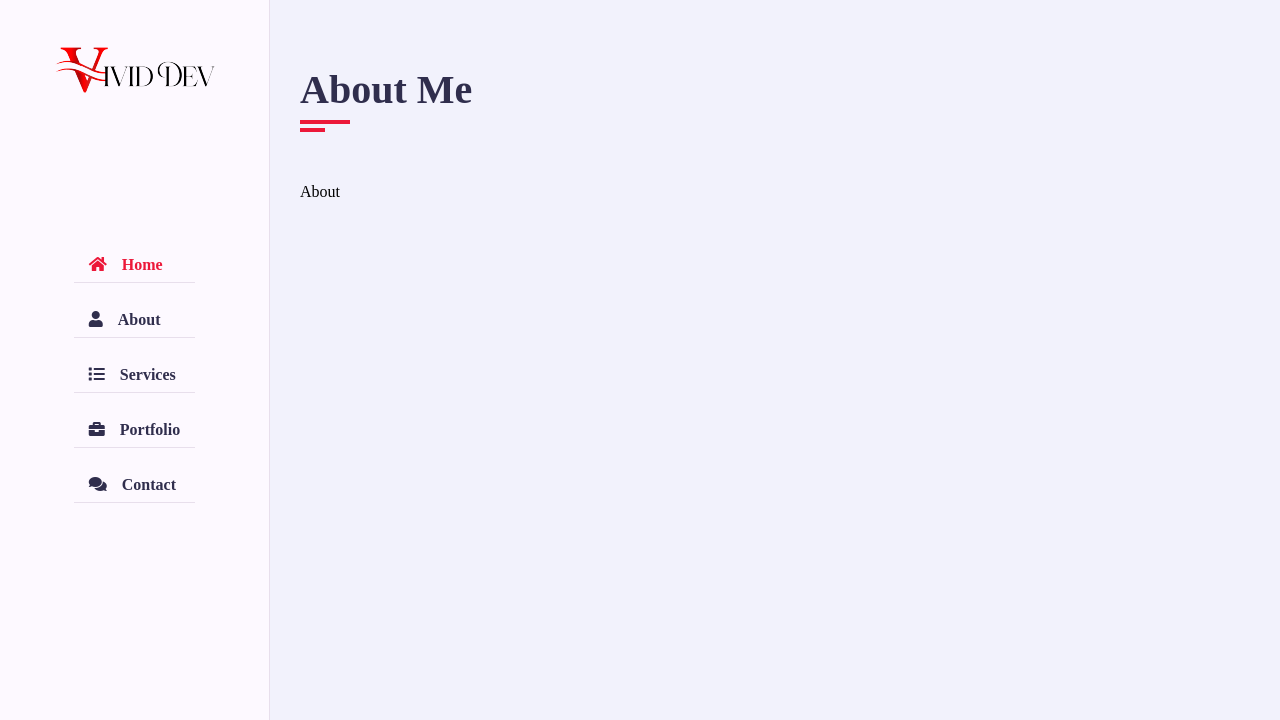
Repository: Big-Fave1/vivid-dev-portfolio
Page: build/index.html
These files come from the project's save history. The page is drawn as it stood at one moment and after the next save; the edit follows.
The browser window is 1280 px wide. The pictures show the whole page.
Some web fonts or font styles are not loaded; a fallback is used.

Above is the page before, as saved 2025-05-30 13:13:48.

### build/index.html
<!DOCTYPE html>
<html lang="en">
<head>
    <meta charset="UTF-8">
    <meta name="viewport" content="width=device-width, initial-scale=1.0">
    <title>Vivid Dev Portfolio</title>
    <link rel="stylesheet" href="css/style.css">
    <link rel="stylesheet" href="css/color-1.css">
    <link rel="stylesheet" href="https://cdnjs.cloudflare.com/ajax/libs/font-awesome/5.15.4/css/all.min.css">
</head>
<body>
    <!--- ==== main container Start==== -->
    <div class="main-container"></div>
    <!--- ==== Aside Start === -->
    <div class="aside">
        <div class="logo">
        <a href="#"><img src="img/vivid 3.png" alt=""></a>
        </div>
        <div class="nav-toggler">
            <i class="fa fa-bars" aria-hidden="true"></i>
        </div>
        <ul class="nav">
            <li><a href="#" class="active"><i class="fa fa-home"></i>Home</a></li>
            <li><a href="#"><i class="fa fa-user"></i>About</a></li>
            <li><a href="#"><i class="fa fa-list"></i>Services</a></li>
            <li><a href="#"><i class="fa fa-briefcase"></i>Portfolio</a></li>
            <li><a href="#"><i class="fa fa-comments"></i>Contact</a></li>
        </ul>
    </div>
    <!--- ==== Aside End === -->
    <!--- ==== Main content Start === -->
    <div class="main-content">
        <!--- === Home Section Start === -->
        <section class="home section hidden">
            <div class="container">
                <div class="row">
                    <div class="home-info padd-15">
                        <h3 class="hello">Hello, my name is <span class="name">Favour Chimdiogo</span></h3>
                        <h3 class="my-profession">I'm a <Span class="typing">Web Developer</Span></h3>
                        <p>I'm a web designer with extensive experience for over a year.My expertise is to create a website design, and many more...</p>
                    <a href="#contact" class="btn hire-me">Hire Me</a>
                    </div>
                    <div class="home-img padd-15">
                        <img src="img/home image.jpg" alt="">
                    </div>
                </div>
            </div>
        </section>
    <!--- === Home Section End === -->
    <!--- === About  Section Start === -->
        <section class="about section">
            <div class="container">
                <div class="row">
                    <div class="section-title padd-15">
                        <h2>About Me</h2>
                    </div>
                </div>
                <div class="row">
                    <div class="about-content padd-15">
                        About
                    </div>
                </div>
            </div>
        </section>
    <!--- === About  Section End === -->
    </div>
    <!--- ==== Main content End === -->
    <!--- ====main container End === -->
</body>
</html>

### build/css/style.css

@import url('https://fonts.googleapis.com/css2?family=Clicker+Script&family=Poppins:ital,wght@0,100;0,200;0,300;0,400;0,500;0,600;0,700;0,800;0,900;1,100;1,200;1,300;1,400;1,500;1,600;1,700;1,800;1,900&display=swap');


:root
{
    --bg-black-900:#f2f2fc;
    --bg-black-100:#fdf9ff;
    --bg-black-50:#e8dfec;
    --text-black-900:#302e4d;
    --text-black-700:#504e70;

}

body
{
    line-height:1.5;
    font-size:16px;
    font-family: 'Poppins'sans-serif;
}

*
{
    margin: 0;
    padding: 0;
    outline:none;
    text-decoration:none;
    text-decoration:none;
    box-sizing: border-box;
}
::before, ::after
{
    box-sizing:border-box;
}
ul
{
    list-style: none;
}
.section
{
    background:var(--bg-black-900);
    min-height: 100vh;
    display: block;
    padding: 0 30px;
    opacity: 1;
}
.hidden
{
    display: none !important;
}
.main-content
{
    padding-left: 270px;
}
.padd-15
{
    padding-left: 15px;
    padding-right: 15px;
}
.container{
    max-width: 1100px;
    width: 100%;
    margin: auto;
}
.section .container
{
    padding-top: 60px;
    padding-bottom: 70px;

}
.section-title
{
    flex: 0 0 100%;
    max-width: 100%;
    margin-bottom: 60px;

}
.section-title h2
{
    font-size: 40px;
    color: var(--text-black-900);
    font-weight: 700;
    position: relative;
}
.section-title h2::before
{
   content: '';
   height: 4px;
   width: 50px;
   background-color: var(--skin-color);
   position: absolute;
   top: 100%;
   left: 0;
}
.section-title h2::after
{
   content: '';
   height: 4px;
   width: 25px;
   background-color: var(--skin-color);
   position: absolute;
   top: 100%;
   left: 0;
   margin-top:8px;
}
.row
{
    display: flex;
    flex-wrap: wrap;
    margin-left: -15px;
    margin-right: -15px;
    position: relative;
}
.btn
{
    font-size: 16px;
    font-weight: 500;
    padding: 12px 35px;
    background: var(--skin-color);
    color: white;
    border: none;
    display: inline-block;
    white-space: nowrap;
    transition: all 0.3s ease;
    border-radius:40px;
}
.btn:hover
{
    transform: scale(1.05);
}
/* aside */
.aside
{
width: 270px;
background:var(--bg-black-100);
position: fixed;
left: 0;
top: 0;
padding: 30px;
height: 100%;
border-right:1px solid var(--bg-black-50);
z-index: 10;
display: flex;
justify-content: center;
align-items: center;
}
.aside .logo
{
    position: absolute;
    top: -30px;
    ;
}
.aside .logo a
{
    color: var(--bg-black-900);
    font-weight: 700;
    padding: 15px 20px;
    font-size: 30px;
    position: relative;
}
/*.aside .logo a span
.aside .logo a:before
{
    content:'';
    position: absolute;
    width: 20px;
    height: 20px;
    border-bottom: 5px solid var(--skin-color);
    border-left: 5px solid var(--skin-color);
    bottom: 0;
    left: 0;

}
.aside .logo a:after
{
    content:'';
    position: absolute;
    width: 20px;
    height: 20px;
    border-top: 5px solid var(--skin-color);
    border-right: 5px solid var(--skin-color);
    top: 0;
    right: 0;

}
    */
.aside .nav-toggler
{
    height: 40px;
    width: 45px;
    border: 1px solid var(--bg-black-50);
    cursor: pointer;
    position: fixed;
    left: 300px;
    top: 20px;
    color: var(--skin-color);
    border-radius: 5px;
    background:var(--bg-black-100);
    display: none;
    align-items:center;
    justify-content: center;
}
.aside .nav
{
    margin-top: 50px;
}
.aside .nav li
{
    margin-bottom: 20px;
    display: block;
}
.aside .nav li a
{
    font-size: 16px;
    font-weight: 600;
    display: block;
    border-bottom:1px solid var(--bg-black-50);
    color:var(--text-black-900);
    padding: 5px 15px;
}
.aside .nav li a.active
{
    color:var(--skin-color);
}
.aside .nav li a i
{
    margin-right: 15px;

}
/* home*/
.home
{
    min-height: 100vh;
    display: flex;
    color: var(--text-black-900);

}
.home-info
{
    flex: 0 60%;
    max-width: 60%;
}
h3.hello
{
    font-size: 28px;
    margin: 15PX 0;
}
h3.hello span
{
    font-family: 'clicker script', cursive;
    font-size: 30px;
    font-weight: 700;
    color:var(--skin-color);
}
h3.my-profession
{
    font-size:30px;
    margin: 15px 0;
}
.typing
{
    color: var(--skin-color);
}
.home-info p
{
    margin-bottom: 70px;
    font-size: 20px;
    color: var(--text-black-700);
}
.home .home-img
{
    flex: 0 0 40%;
    max-width: 40%;
    text-align: center;
    position: relative;
}
.home-img::after
{
    content: '';
    position: absolute;
    height: 80px;
    width: 80px;
    right: 20px;
    bottom: -40px;
    border-bottom: 10px solid var(--skin-color);
    border-right: 10px solid var(--skin-color);
}
.home-img::before
{
    content: '';
    position: absolute;
    height: 80px;
    width: 80px;
    left: -20px;
    top: -40px;
    border-top: 10px solid var(--skin-color);
    border-left: 10px solid var(--skin-color);
}
.home .home-img img
{
    margin: auto;
    border-radius:5px;
    height: 400px;
}
/* About */
.about .about-content
{
    flex: 0 0 100%;
    max-width: 100%;
}

### build/css/color-1.css

:root
{
    --skin-color:#ec1839;
}

After the next save:
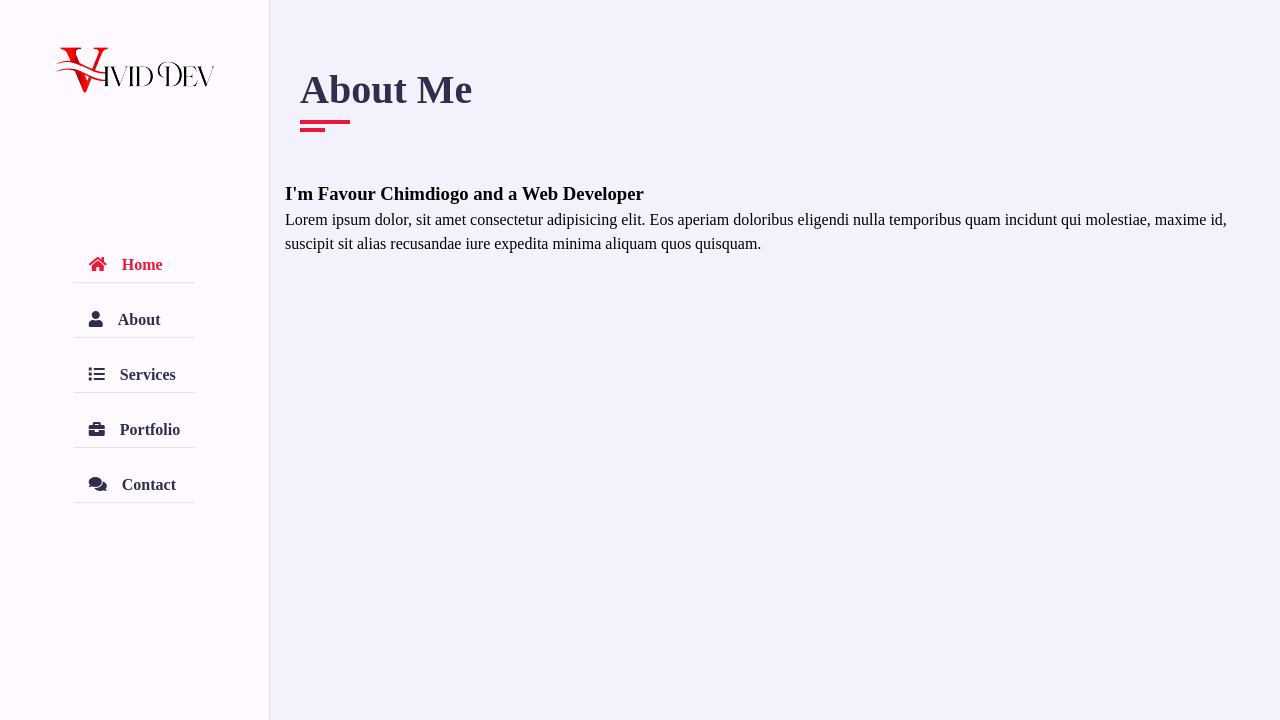
Saved 3 min 26 s later.
--- a/build/index.html
+++ b/build/index.html
@@ -57,7 +57,12 @@
                 </div>
                 <div class="row">
                     <div class="about-content padd-15">
-                        About
+                        <div class="row">
+                            <div class="about-text">
+                                <h3>I'm Favour Chimdiogo and a <span>Web Developer</span></h3>
+                                <p>Lorem ipsum dolor, sit amet consectetur adipisicing elit. Eos aperiam doloribus eligendi nulla temporibus quam incidunt qui molestiae, maxime id, suscipit sit alias recusandae iure expedita minima aliquam quos quisquam.</p>
+                            </div>
+                        </div>
                     </div>
                 </div>
             </div>
